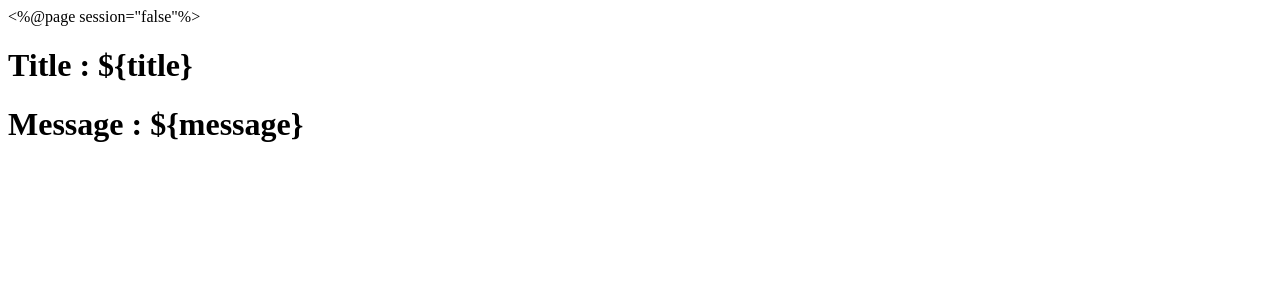
Repository: kamalsam21/Spring
Page: Spring Security/SpringSecurityDemo/src/main/webapp/WEB-INF/templates/main.html
The author's editor kept a copy of each file at every save. The page is drawn from the files as they stood at one save, then again after the next save.
The browser window is 1280 px wide. The pictures show the whole page.

Above is the page before, as saved 2017-02-26 06:22:51.

### Spring Security/SpringSecurityDemo/src/main/webapp/WEB-INF/templates/main.html
<%@page session="false"%>
<html>
<body>
	<h1>Title : ${title}</h1>
	<h1>Message : ${message}</h1>
</body>
</html>

After the next save:
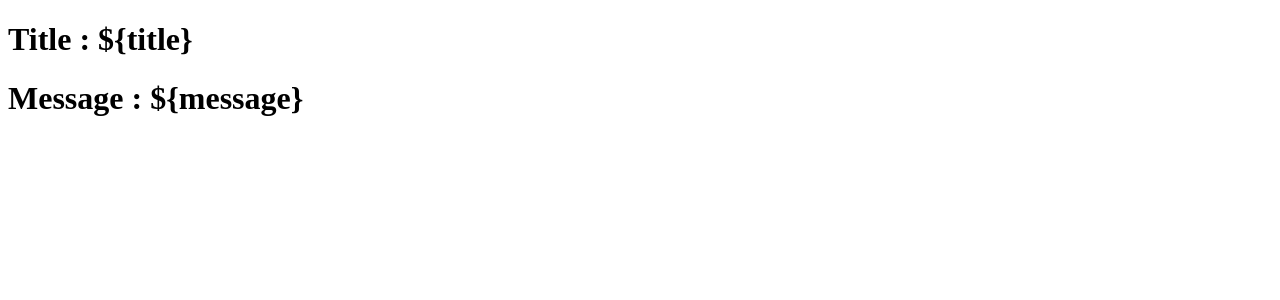
Saved 15 s later.
--- a/Spring Security/SpringSecurityDemo/src/main/webapp/WEB-INF/templates/main.html
+++ b/Spring Security/SpringSecurityDemo/src/main/webapp/WEB-INF/templates/main.html
@@ -1,4 +1,4 @@
-<%@page session="false"%>
+<!DOCTYPE html>
 <html>
 <body>
 	<h1>Title : ${title}</h1>
